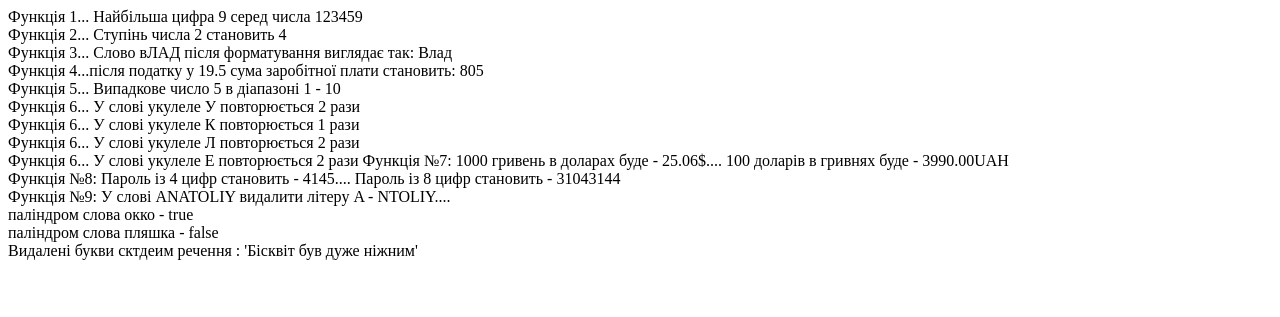
Repository: batonAnton/cursor_js_hw_3
Page: index.html
An editor plug-in stored every save of this project. The page is shown before and after the next save, followed by the edit.
The browser window is 1280 px wide. The pictures show the whole page.

Above is the page before, as saved 2022-09-14 13:36:37.

### index.html
<!DOCTYPE html>
<html lang="en">
<head>
    <meta charset="UTF-8">
    <meta http-equiv="X-UA-Compatible" content="IE=edge">
    <meta name="viewport" content="width=device-width, initial-scale=1.0">
    <title>Hw_3  function</title>
</head>
<body>
    <script src="./js/index.js"></script>
</body>
</html>

### js/index.js
// first task
function getMaxDigit(argNew){
    let varNew  = argNew.toString().split('');
    let bigNum = varNew[0];
    for (let i = 0; i < varNew.length; i++) {
        if(varNew[i] > bigNum ) bigNum = varNew [i];

    } return bigNum;
}
let argNew = 123459;
document.writeln(`Функція 1... Найбільша цифра ${getMaxDigit(argNew)} серед числа ${argNew}`);



// 2 task
function exponentDigit(a,b){

    let res = 1;
    for(let i = 0; i < b; i++ ){
        res *= a;
    }return res;
}
let a = 2;
let b = 2;
document.writeln(` <br> Функція 2... Ступінь числа ${a} становить   ${exponentDigit(a,b)} `);


// 3 task

function nameChange(name) {
    return  name.charAt(0).toUpperCase() +  name.slice(1).toLowerCase();
  }

let name = "вЛАД";
document.writeln(` <br> Функція 3... Слово ${name} після форматування виглядає так:   ${nameChange(name)} `);


// 4 task

function calcPercentage(sum){
  let result =sum - ((percentageSalary * 1000) * 0.100 / 10);
    return  result;


}
const percentageSalary = 19.5;
let sum = 1000;

console.log(calcPercentage(sum,percentageSalary));
document.writeln(` <br> Функція 4...після податку у ${percentageSalary} сума заробітної плати становить: ${calcPercentage( sum,percentageSalary)} `);


// 5 task
function randomRange(minValue,maxValue){
    let result = Math.ceil(Math.random() * (maxValue - minValue)) + minValue;
    return  result;
}
let minValue = 1;
let maxValue= 10;
console.log(randomRange(1,5));

document.writeln(` <br> Функція 5... Випадкове число ${randomRange(minValue,maxValue)} в діапазоні ${minValue} - ${maxValue}  `);


// 6 task

function repeatLetter( str )
{

  for( let i = 0 ;i < str.length ;i++)
  {
    let count = 0;
    for( let j = 0 ;j < str.length ;j++)
    {
      if( str[i] == str[j] && i > j  )
      {
       break;
      }
      if( str[i] == str[j]  )
      {
        count++;
      }
    }
    if( count > 0)

    // console.log(`${str[i].toUpperCase()} повторюється  ${count} рази`);
document.writeln(` <br> Функція 6... У слові ${test_str} ${str[i].toUpperCase()} повторюється  ${count} рази `);

  }

}


let test_str = "укулеле";
console.log("У слові " + " " + test_str + " " + "слова повторюються :");
repeatLetter( test_str);



// 7 task

function convertCurrency (typeValue){
    let dollars = 39.9;
    let res;
        if (typeValue.includes("UAH")) {
            res =   (+typeValue.slice(0, typeValue.indexOf("UAH")) / dollars).toFixed(2) + "$";

          } else if (typeValue.includes("$")) {
            res = (+typeValue.slice(0, typeValue.indexOf("$")) * dollars).toFixed(2) + "UAH";
          } else {
            alert("тільки долари і гривні");
          } return res;


}


let typeValue="1000 UAH";

document.writeln(`Функція №7: 1000 гривень в доларах буде - ${convertCurrency(typeValue)}....`);
typeValue = "100$";
document.writeln(`100 доларів в гривнях  буде - ${convertCurrency(typeValue)} `);

// 9 task
 function getRandomPassword(arg,arg2){

  let result = '';

      for(let i = 0; i < arg; i++){
        result +=(Math.random() * 5).toFixed();
      }



        for(let i = 0; i < arg2; i++){
          result+= (Math.random() * 10).toFixed();

        }
        return result;


 }
  const arg = 4;
  const arg2 = 8;
 document.writeln(`<br> Функція №8: Пароль із  4 цифр становить - ${getRandomPassword(arg)}....`);
 document.writeln(`  Пароль із  8 цифр становить - ${getRandomPassword(arg2)}`);

//  task 9
//
function deleteLetters(removeLetter, exampleWord) {
  let result = '';
  for (let i = 0; i < exampleWord.length; i++) {
    exampleWord[i] == removeLetter ? result:( result += exampleWord[i]);
  }
  return result;
}

const removeLetter = "A";
const exampleWord = "ANATOLIY";
document.writeln(`<br> Функція №9: У слові ${ exampleWord} видалити літеру ${ removeLetter} - ${deleteLetters(removeLetter, exampleWord)}....`);

// task 10
function isPalindrom(checkWord){
   let result = true;
  for(i = 1; i - 1 < checkWord.length - i ; i++){
    if(checkWord[i-1] !== checkWord[checkWord.length-i])
    return false;
  }
return true;

  for(i = 1; i - 1 < checkWord2.length - i ; i++){
    if(checkWord2[i-1] !== checkWord2[checkWord2.length-i])
    return false;
  }return true;
}




let checkWord = "окко";
let checkWord2 = "пляшка";
console.log(isPalindrom(checkWord));
document.writeln(`<br>  паліндром слова ${checkWord} - ${isPalindrom(checkWord)}`);
document.writeln(`<br>  паліндром слова ${checkWord2} - ${isPalindrom(checkWord2)}`);


// task 10
function deleteDuplicateLetter(previousString){
let newString = "";
let allLowerCase = previousString.toLowerCase();
    for ( i = 0; i < allLowerCase.length; i++) {
        if (allLowerCase.lastIndexOf(allLowerCase[i]) === allLowerCase.indexOf(allLowerCase[i])) {
            newString += allLowerCase[i]
        }
        else {
          newString;
        }
    }
    return newString;
}

let previousString = "'Бісквіт був дуже ніжним'";
console.log(deleteDuplicateLetter(previousString));

document.writeln(`<br>  Видалені букви ${deleteDuplicateLetter(previousString)} речення : ${previousString}`);

After the next save:
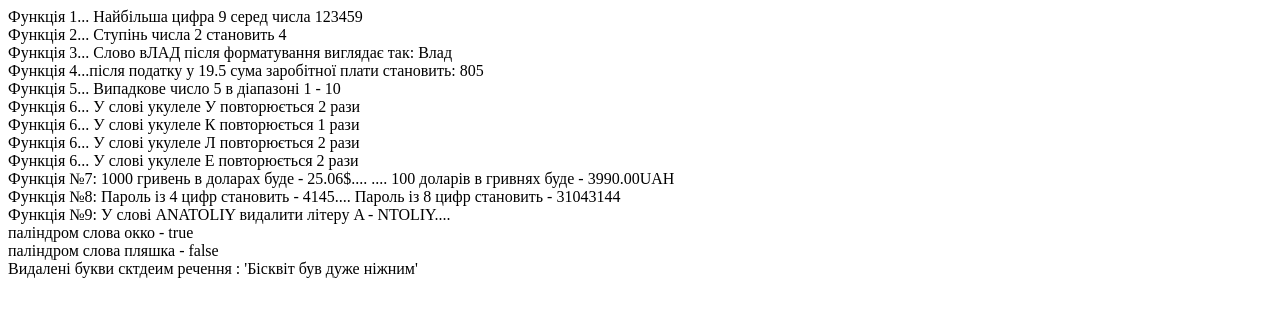
Saved 5 min 4 s later.
--- a/js/index.js
+++ b/js/index.js
@@ -117,9 +117,9 @@ function convertCurrency (typeValue){
 
 let typeValue="1000 UAH";
 
-document.writeln(`Функція №7: 1000 гривень в доларах буде - ${convertCurrency(typeValue)}....`);
+document.writeln(`<br> Функція №7: 1000 гривень в доларах буде - ${convertCurrency(typeValue)}....`);
 typeValue = "100$";
-document.writeln(`100 доларів в гривнях  буде - ${convertCurrency(typeValue)} `);
+document.writeln(`.... 100 доларів в гривнях  буде - ${convertCurrency(typeValue)} `);
 
 // 9 task
  function getRandomPassword(arg,arg2){
